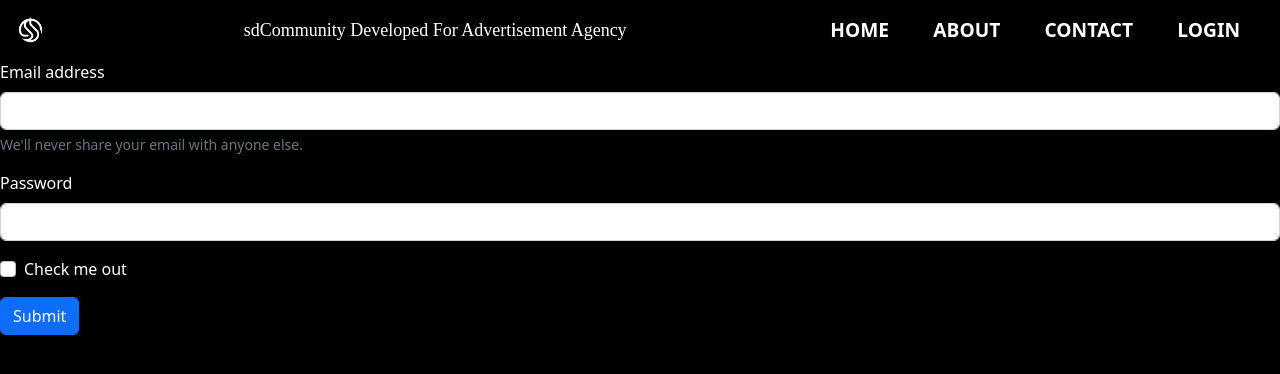
Repository: jaseem1999/sdCommunity
Page: http://localhost/sdCommunity/AdvSign.jsp
The author's editor kept a copy of each file at every save. The page is drawn from the files as they stood at one save, then again after the next save.
The browser window is 1280 px wide. The pictures show the whole page.
The page is served by Tomcat 9. Other server files are loaded and not shown.

Above is the page before, as saved 2023-10-16 18:01:37.

### sdCommunity/src/main/webapp/AdvSign.jsp
<%@ page language="java" contentType="text/html; charset=ISO-8859-1"
    pageEncoding="ISO-8859-1"%>
<!DOCTYPE html>
<html>
<head>
<meta charset="ISO-8859-1">
<title>Advertisement Agency</title>
<link href="https://cdn.jsdelivr.net/npm/bootstrap@5.2.3/dist/css/bootstrap.min.css" rel="stylesheet" integrity="sha384-rbsA2VBKQhggwzxH7pPCaAqO46MgnOM80zW1RWuH61DGLwZJEdK2Kadq2F9CUG65" crossorigin="anonymous">
<script src="https://cdn.jsdelivr.net/npm/bootstrap@5.2.3/dist/js/bootstrap.bundle.min.js" integrity="sha384-kenU1KFdBIe4zVF0s0G1M5b4hcpxyD9F7jL+jjXkk+Q2h455rYXK/7HAuoJl+0I4" crossorigin="anonymous"></script>
<style type="text/css">
body{
	background-color: black;
	color: white;
}
a {
	 text-decoration: none;
	 color: white;
	 font-size: 1.2rem;
	 font-weight: bold;
	 text-transform: uppercase;
}
.nav {
  display: flex;
  justify-content: space-between;
  align-items: center;
  padding-top: 0px;
}



.hamburger {
  padding-right: 20px;
  cursor: pointer;
}

.hamburger .line {
  display: block;
  width: 40px;
  height: 5px;
  margin-bottom: 10px;
  background-color: #ffeeee;
}

.nav__link {
  position: fixed;
  width: 94%;
  top: 5rem;
  left: 18px;
  background-color: #303232;
}

.nav__link a {
  display: block;
  text-align: center;
  padding: 10px 0;
}

.nav__link a:hover {
  background-color: black;
}

.hide {
  display: none;
}
@media screen and (min-width: 600px) {
  .nav__link {
    display: block;
    position: static;
    width: auto;
    margin-right: 20px;
    background: none;
  }

  .nav__link a {
    display: inline-block;
    padding: 15px 20px;
  }

  .hamburger {
    display: none;
  }
}
</style>
</head>
<body>
	<header>
      <nav class="nav">
        <a href="/" class="logo"><img alt="logo" src="./img/logo.png" width="60px"/></a>
		<span style="font-family: fantasy;font-size: large;">sdCommunity Developed For Advertisement Agency</span>
        <div class="hamburger">
          <span class="line"></span>
          <span class="line"></span>
          <span class="line"></span>
        </div>

        <div class="nav__link hide">
          <a href="#">home</a>
          <a href="#">about</a>
          <a href="#">contact</a>
          <a href="#">Login</a>
        </div>
      </nav>
    </header>

    <form style="color: white;" >
		  <div class="mb-3">
		    <label for="exampleInputEmail1" class="form-label">Email address</label>
		    <input type="email" class="form-control" id="exampleInputEmail1" aria-describedby="emailHelp">
		    <div id="emailHelp" class="form-text">We'll never share your email with anyone else.</div>
		  </div>
		  <div class="mb-3">
		    <label for="exampleInputPassword1" class="form-label">Password</label>
		    <input type="password" class="form-control" id="exampleInputPassword1">
		  </div>
		  <div class="mb-3 form-check">
		    <input type="checkbox" class="form-check-input" id="exampleCheck1">
		    <label class="form-check-label" for="exampleCheck1">Check me out</label>
		  </div>
		  <button type="submit" class="btn btn-primary">Submit</button>
	</form>

<script type="text/javascript">
const hamburger = document.querySelector('.hamburger');
const navLink = document.querySelector('.nav__link');

hamburger.addEventListener('click', () => {
  navLink.classList.toggle('hide');
});
</script>
</body>
</html>

After the next save:
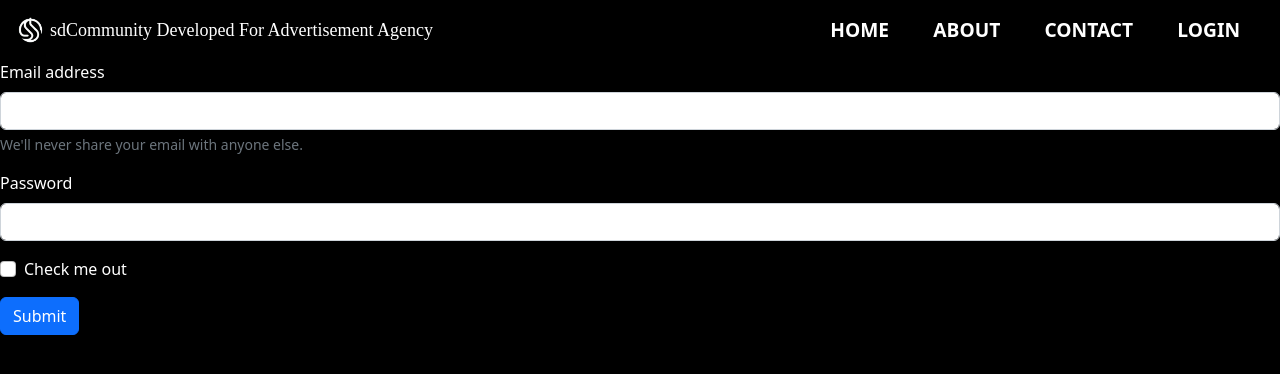
Saved 109 s later.
--- a/sdCommunity/src/main/webapp/AdvSign.jsp
+++ b/sdCommunity/src/main/webapp/AdvSign.jsp
@@ -86,7 +86,7 @@ a {
 	<header>
       <nav class="nav">
         <a href="/" class="logo"><img alt="logo" src="./img/logo.png" width="60px"/></a>
-		<span style="font-family: fantasy;font-size: large;">sdCommunity Developed For Advertisement Agency</span>
+		<span style="font-family:fantasy; font-size: large;position: absolute;left: 50px;">sdCommunity Developed For Advertisement Agency</span>
         <div class="hamburger">
           <span class="line"></span>
           <span class="line"></span>

After the 2 saves that followed:
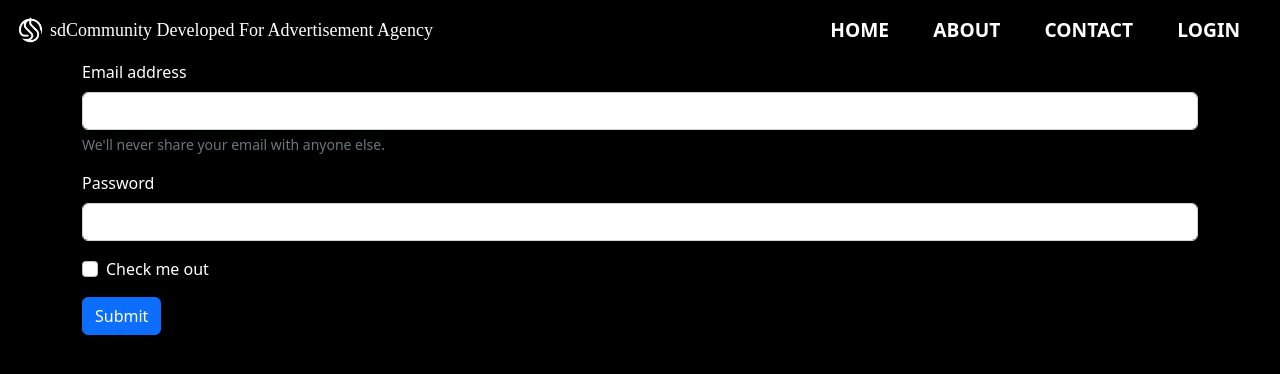
The 2 saves are shown as one change because 1 left the picture as it was.
The last was saved 5 min 56 s later.
--- a/sdCommunity/src/main/webapp/AdvSign.jsp
+++ b/sdCommunity/src/main/webapp/AdvSign.jsp
@@ -62,7 +62,7 @@ a {
 .hide {
   display: none;
 }
-@media screen and (min-width: 600px) {
+@media screen and (min-width: 890px) {
   .nav__link {
     display: block;
     position: static;
@@ -101,23 +101,24 @@ a {
         </div>
       </nav>
     </header>
-
-    <form style="color: white;" >
-		  <div class="mb-3">
-		    <label for="exampleInputEmail1" class="form-label">Email address</label>
-		    <input type="email" class="form-control" id="exampleInputEmail1" aria-describedby="emailHelp">
-		    <div id="emailHelp" class="form-text">We'll never share your email with anyone else.</div>
-		  </div>
-		  <div class="mb-3">
-		    <label for="exampleInputPassword1" class="form-label">Password</label>
-		    <input type="password" class="form-control" id="exampleInputPassword1">
-		  </div>
-		  <div class="mb-3 form-check">
-		    <input type="checkbox" class="form-check-input" id="exampleCheck1">
-		    <label class="form-check-label" for="exampleCheck1">Check me out</label>
-		  </div>
-		  <button type="submit" class="btn btn-primary">Submit</button>
-	</form>
+    <div class="container">
+	    <form style="color: white;" >
+			  <div class="mb-3">
+			    <label for="exampleInputEmail1" class="form-label">Email address</label>
+			    <input type="email" class="form-control" id="exampleInputEmail1" aria-describedby="emailHelp">
+			    <div id="emailHelp" class="form-text">We'll never share your email with anyone else.</div>
+			  </div>
+			  <div class="mb-3">
+			    <label for="exampleInputPassword1" class="form-label">Password</label>
+			    <input type="password" class="form-control" id="exampleInputPassword1">
+			  </div>
+			  <div class="mb-3 form-check">
+			    <input type="checkbox" class="form-check-input" id="exampleCheck1">
+			    <label class="form-check-label" for="exampleCheck1">Check me out</label>
+			  </div>
+			  <button type="submit" class="btn btn-primary">Submit</button>
+		</form>
+	</div>
 
 <script type="text/javascript">
 const hamburger = document.querySelector('.hamburger');
